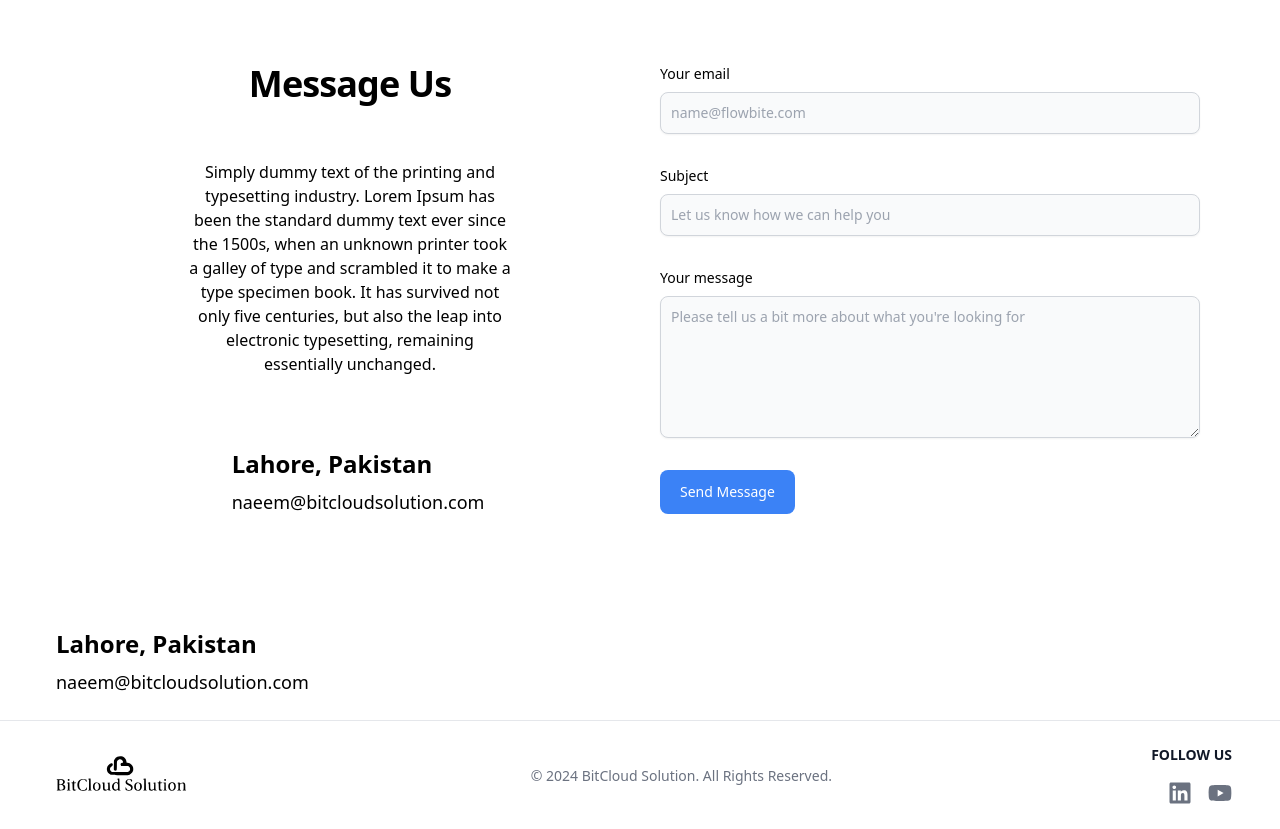
Repository: huzaifaBitCloud/BitCloud-website
Page: /contact
An editor plug-in stored every save of this project. The page is shown before and after the next save, followed by the edit.
The browser window is 1280 px wide. The pictures show the part of the page from y = 720 to 1549 px (the page is 1549 px tall before and 1433 px after).
The project was rebuilt for these pictures with package versions that can differ from the ones it lists, and the page was loaded fresh each time. The framework's server and built-in components were replaced by stand-ins that run in the browser. Also part of the build but not shown: next.config.mjs.

Above is the page before, as saved 2025-01-27 13:49:43.

### src/app/layout.tsx
import type { Metadata } from "next";
import localFont from "next/font/local";
import "./globals.css";

const geistSans = localFont({
  src: "./fonts/GeistVF.woff",
  variable: "--font-geist-sans",
  weight: "100 900",
});
const geistMono = localFont({
  src: "./fonts/GeistMonoVF.woff",
  variable: "--font-geist-mono",
  weight: "100 900",
});

export const metadata: Metadata = {
  title: "BitCloud Solution",
  description: "Generated by create next app",
};

export default function RootLayout({
  children,
}: Readonly<{
  children: React.ReactNode;
}>) {
  return (
    <html lang="en">
      <body
        className={`${geistSans.variable} ${geistMono.variable} antialiased`}
      >
        {children}
      </body>
    </html>
  );
}

### src/app/contact/page.tsx
import Layout from "@/components/Layout";
import Contact from "@/components/Contact";

const ContactPage = () => {
  return (
    <Layout>
      <Contact />
    </Layout>
  );
};

export default ContactPage;

### src/app/globals.css
@tailwind base;
@tailwind components;
@tailwind utilities;

.custom-cards-ourClient {
  box-shadow: 0px -10px 10px 2px rgba(221, 223, 226, 1);
  border-radius: 15px;
  background: linear-gradient(180deg, #e9f2e4 0%, #f5f7fa 90%);
}
.custom-card-2-achievements {
  box-shadow: 0px -10px 10px 2px rgba(221, 223, 226, 1);
  border-radius: 15px;
  background: linear-gradient(180deg, #f4d9d0 0%, #f5f7fa 90%);
}
.custom-card-3-achievements {
  box-shadow: 0px -10px 10px 2px rgba(221, 223, 226, 1);
  border-radius: 15px;
  background: linear-gradient(180deg, #e7ebf0, #f5f7fa 90%);
}

:root {
  /* --color-primary: #e9f2e4;
    --color-secondary: #f5f7fa;
*/
  --h-100vh: 100vh;
}
html {
  scroll-behavior: smooth;
}

/* ABout CSS */

.btn-about {
  display: inline-block;
  margin: 0 0.625rem;
  padding: 0.3125rem 1.25rem;
  border-radius: 1.25rem;
  background: transparent;
  border: solid 0.0625rem #fff;
  position: relative;
  z-index: 9;
}
.main-hero-about {
  clip-path: polygon(
    50% 0%,
    100% 0,
    100% 35%,
    100% 86%,
    49% 100%,
    0 85%,
    0% 35%,
    0 0
  );
}

/* Services */

.zoomIn {
  -webkit-animation-name: zoomIn;
  animation-name: zoomIn;
  -webkit-animation-duration: 1s;
  animation-duration: 1s;
  -webkit-animation-fill-mode: both;
  animation-fill-mode: both;
}
@-webkit-keyframes zoomIn {
  0% {
    opacity: 0;
    -webkit-transform: scale3d(0.3, 0.3, 0.3);
    transform: scale3d(0.3, 0.3, 0.3);
  }
  50% {
    opacity: 1;
  }
}
@keyframes zoomIn {
  0% {
    opacity: 0;
    -webkit-transform: scale3d(0.3, 0.3, 0.3);
    transform: scale3d(0.3, 0.3, 0.3);
  }
  50% {
    opacity: 1;
  }
}

.card-services {
  border-top: 10px solid transparent;
  transition: border-top-color 0.4s, box-shadow 0.4s;
}

.card-services:hover {
  border-top-color: #2563eb;
  box-shadow: 0px 0px 5px rgba(0, 0, 0, 0.75);
}

@media only screen and (max-width: 760px) {
  .main-hero-about {
    clip-path: polygon(
      50% 0%,
      100% 0,
      100% 35%,
      100% 92%,
      49% 100%,
      0 92%,
      0% 35%,
      0 0
    );
  }
  .main-hero-about {
    height: var(--h-100vh) !important;
  }
  .sub-hero-about {
    text-align: center !important;
    margin: 0 auto !important;
  }
  .mob-btn-about {
    justify-content: center;
  }
  .mob-nav-style {
    position: absolute;
    top: 76%;
    left: 0;
  }
}
.heading {
  font-family: "Poppins", sans-serif;
  font-style: normal;
  font-weight: 600;
  color: rgb(245, 95, 141);
  font-size: 27px;
  line-height: 26px;
  text-align: center;
  padding-top: 2%;
}
.context {
  font-family: "Poppins", sans-serif;
  font-style: normal;
  font-weight: normal;
  color: rgb(38, 38, 38);
  font-size: 20px;
  line-height: 72px;
  text-align: center;
}

.card-container {
  display: flex;
  justify-content: center;
  gap: 20px;
  flex-wrap: wrap;
  width: 100%;
  padding-left: 20px;
  padding-right: 20px;
  margin-top: 3%;
}

.card {
  background-color: #ffffff;
  height: 26rem;
  width: 364px;
  box-shadow: rgba(0, 0, 0, 0.24) 0px 3px 8px;
  padding: 20px;
  border-radius: 10px;
  cursor: pointer;
  transition: transform 0.5s, box-shadow 0.5s;
  flex-grow: 0;
  flex-shrink: 0;
  text-align: center;
}

.card:hover {
  transform: translateY(-10px);
  box-shadow: rgba(0, 0, 0, 0.24) 0px 3px 8px;
}

.card-image-section {
  height: 60%;
  margin-top: 21px;
  margin-bottom: -20px;
}

.card-image {
  width: 100%;
  height: 75%;
  object-fit: contain;
}

.card-text-section {
  height: 20%;
  margin-bottom: 32px;
  text-align: center;
}

.card-title {
  font-family: "Poppins", sans-serif;
  font-size: 20px;
  font-weight: 600;
  color: #262626;
  margin-bottom: 10px;
}

.card-description {
  font-family: "Poppins", sans-serif;
  font-size: 14px;
  color: #555;
  line-height: 1.5;
}

.card-button-section {
  height: 20%;
}

.learn-more-button {
  font-family: "Poppins", sans-serif;

  color: rgb(245, 95, 141);
  border: none;
  padding: 10px 20px;
  border-radius: 5px;
  font-size: 14px;
  font-weight: 600;
  cursor: pointer;
  transition: background-color 0.3s;
}

### src/components/Layout.tsx
import React from "react";
import { ReactNode } from "react";

import { Navbar } from "./Navbar";
import Footer from "./Footer";

interface LayoutProps {
  children: ReactNode;
}

const Layout = ({children}: LayoutProps) => {
  return (
    <div>
      <Navbar />
      <div className="">{children}</div>
      <Footer />
    </div>
  );
};

export default Layout;

### src/components/Contact.tsx
"use client";
import React, { useState } from "react";
import { MdEmail } from "react-icons/md";
import { IoLogoWhatsapp } from "react-icons/io";
import { FaLinkedin } from "react-icons/fa6";
import emailjs from "emailjs-com";
const Contact = () => {
  const [email, setEmail] = useState("");
  const [subject, setSubject] = useState("");
  const [message, setMessage] = useState("");
  const [loading, setLoading] = useState(false);

  const handleSubmit = async (e: React.FormEvent) => {
    e.preventDefault();
    setLoading(true);

    const templateParams = {
      from_name: email,
      to_name: "Naeem Amjad",
      subject,
      message,
    };

    try {
      await emailjs.send(
        "service_h8co5gg",
        "template_hwt3j6o",
        templateParams,
        "3-7czTUd-XSt6ifVk"
      );

      setEmail("");
      setSubject("");
      setMessage("");
    } catch (error) {
      console.error("Failed to send email:", error);
    } finally {
      setLoading(false);
    }
  };
  const cards = [
    {
      id: 1,
      title: "Whatsapp",
      description:
        "Ready to team up? Excited to explore opportunities together.",
      icon: <IoLogoWhatsapp className="w-14 h-14 text-white" />,
      // bgGradient: "",
      link: "https://wa.me/03217025010",
      // className: "custom-cards-ourClient",
    },
    {
      id: 2,
      title: "Email",
      description: "Have a project in mind? Reach out to us and let's discuss.",
      icon: <MdEmail className="w-14 h-14 text-white" />,
      // bgGradient: "from-red-50 to-red-100",
      link: "mailto:rehancricket33@gmail.com",
      // className: "custom-card-2-achievements",
    },
    {
      id: 3,
      title: "Linkedin",
      description: "Let's connect and explore exciting opportunities together.",
      icon: <FaLinkedin className="w-14 h-14 text-white" />,
      // bgGradient: "from-gray-50 to-gray-100",
      link: "https://www.linkedin.com/company/bitcloud-solution-software/",
      className: "custom-card-3-achievements",
    },
  ];

  return (
    <div className="">
      <div
        className="relative bg-cover bg-center bg-no-repeat"
        style={{
          backgroundImage: `url(https://static.zohocdn.com/sites/stock-images/images/zpstock-image-37.jpg)`,
        }}
      >
        {/* Overlay */}
        <div className="absolute inset-0 bg-black bg-opacity-70"></div>

        {/* Content */}
        <div className="relative z-10 flex justify-center max-w-screen-xl px-4 mx-auto lg:gap-8 xl:gap-0 lg:py-28 lg:grid-cols-12">
          <div className="w-[70%] mx-auto place-self-center flex flex-col items-center justify-center text-center px-auto">
            <h1 className="mb-4 text-4xl font-extrabold tracking-tight leading-none md:text-5xl xl:text-6xl text-white">
              Get In Touch
            </h1>
          </div>
        </div>

        <div className="grid grid-cols-1 md:grid-cols-3 gap-8 px-10 pb-20">
          {cards.map((card) => (
            <a
              key={card.id}
              href={card.link}
              target="_blank"
              rel="noopener noreferrer"
              className={`group`}
            >
              <div
                className={`bg-gradient-to-r  p-10 rounded-2xl  text-center transform transition duration-500 group-hover:scale-105 `}
                style={{
                  width: "100%",
                  maxWidth: "400px",
                  margin: "0 auto",
                }}
              >
                <div className="flex justify-center items-center mb-6">
                  {card.icon}
                </div>
                <h3 className="text-2xl font-bold text-white">{card.title}</h3>
                <p className="text-white mt-4 text-base leading-relaxed">
                  {card.description}
                </p>
              </div>
            </a>
          ))}
        </div>
      </div>
      {/* contact us */}
      <section className="bg-white">
        <div className="py-8 lg:py-16 px-4 mx-auto w-[90%] grid md:grid-cols-2 gap-10">
          <div className="flex flex-col items-center">
            <h2 className="mb-4 text-4xl tracking-tight font-extrabold text-center text-black">
              Message Us
            </h2>
            <p className="mb-8 lg:mb-12 font-light text-center text-black w-[60%] mt-10">
              Simply dummy text of the printing and typesetting industry. Lorem
              Ipsum has been the standard dummy text ever since the 1500s, when
              an unknown printer took a galley of type and scrambled it to make
              a type specimen book. It has survived not only five centuries, but
              also the leap into electronic typesetting, remaining essentially
              unchanged.
            </p>
            <div className="py-6 px-4 sm:px-6 md:px-10 lg:pl-14 text-left">
          <h1 className="font-bold text-lg sm:text-xl md:text-2xl mb-2">
            Lahore, Pakistan
          </h1>
          <p className="text-sm sm:text-base md:text-lg">
            naeem@bitcloudsolution.com
          </p>
        </div>
          </div>

          <form onSubmit={handleSubmit} className="space-y-8">
            <div>
              <label
                htmlFor="email"
                className="block mb-2 text-sm font-medium text-black"
              >
                Your email
              </label>
              <input
                type="email"
                id="email"
                className="shadow-sm bg-gray-50 border border-gray-300 text-gray-900 text-sm rounded-lg focus:ring-primary-500 focus:border-primary-500 block w-full p-2.5"
                placeholder="name@flowbite.com"
                required
                value={email}
                onChange={(e) => setEmail(e.target.value)}
              />
            </div>
            <div>
              <label
                htmlFor="subject"
                className="block mb-2 text-sm font-medium text-black"
              >
                Subject
              </label>
              <input
                type="text"
                id="subject"
                className="shadow-sm bg-gray-50 border border-gray-300 text-gray-900 text-sm rounded-lg focus:ring-primary-500 focus:border-primary-500 block w-full p-2.5"
                placeholder="Let us know how we can help you"
                required
                value={subject}
                onChange={(e) => setSubject(e.target.value)}
              />
            </div>
            <div className="sm:col-span-2">
              <label
                htmlFor="message"
                className="block mb-2 text-sm font-medium text-black"
              >
                Your message
              </label>
              <textarea
                id="message"
                rows={6}
                className="shadow-sm bg-gray-50 border border-gray-300 text-gray-900 text-sm rounded-lg focus:ring-primary-500 focus:border-primary-500 block w-full p-2.5"
                placeholder="Please tell us a bit more about what you're looking for"
                value={message}
                onChange={(e) => setMessage(e.target.value)}
              ></textarea>
            </div>

            <button
              type="submit"
              className="py-3 px-5 text-sm font-medium text-white bg-blue-500 rounded-lg hover:bg-blue-600 focus:ring-4 focus:outline-none focus:ring-blue-300"
              disabled={loading}
            >
              {loading ? "Sending..." : "Send Message"}
            </button>
          </form>
        </div>

        <div className="py-6 px-4 sm:px-6 md:px-10 lg:pl-14 text-left">
          <h1 className="font-bold text-lg sm:text-xl md:text-2xl mb-2">
            Lahore, Pakistan
          </h1>
          <p className="text-sm sm:text-base md:text-lg">
            naeem@bitcloudsolution.com
          </p>
        </div>

        {/* <div className="py-6 justify-start pl-14">
          <h1 className="font-bold text-xl flex ">
            Lahore, Pakistan
          </h1>
          <p className="flex ">naeem@bitcloudsolution.com</p>
        </div> */}
      </section>
    </div>
  );
};

export default Contact;

### src/components/Footer.tsx
import Link from "next/link";
import { FaLinkedin, FaYoutube } from "react-icons/fa";

const Footer = () => {
  const currentYear = new Date().getFullYear(); // Get the current year dynamically

  return (
    <footer className="bg-white dark:bg-gray-900 border-t w-full">
      <div className="container mx-auto px-6 py-6">
        <div className="flex flex-col items-center md:flex-row md:justify-between">
          {/* Logo Section */}
          <div className="flex items-center mb-4 md:mb-0 md:ml-6">
            <Link href='/'>
            <img
              src="/images/logo.svg"
              alt="BitCloud Logo"
              className="h-14 mr-3"
            />
            </Link>
          </div>

          {/* Rights Section */}
          <div className="text-center mb-4 md:mb-0">
            <span className="text-sm text-gray-500 dark:text-gray-400">
              © {currentYear}{" "}
              <Link
                href="https://bitcloudsolution.com/"
                className="hover:underline"
              >
                BitCloud Solution
              </Link>
              . All Rights Reserved.
            </span>
          </div>

          {/* Follow Us Section */}
          <div className="flex flex-col items-center md:items-end md:mr-6">
            <h2 className="mb-4 text-sm font-semibold text-gray-900 uppercase dark:text-white">
              Follow Us
            </h2>
            <div className="flex space-x-4">
              <Link
                href="https://www.linkedin.com/company/bitcloud-solution-software/"
                aria-label="LinkedIn"
                className="text-gray-500 hover:text-blue-600 dark:hover:text-blue-400"
                target="_blank"
                rel="noopener noreferrer"
              >
                <FaLinkedin className="w-6 h-6" />
              </Link>
              <Link
                href="http://www.youtube.com/@BitCloudSolution"
                aria-label="YouTube"
                className="text-gray-500 hover:text-red-600 dark:hover:text-red-400"
                target="_blank"
                rel="noopener noreferrer"
              >
                <FaYoutube className="w-6 h-6" />
              </Link>
            </div>
          </div>
        </div>
      </div>
    </footer>
  );
};

export default Footer;

Loaded but not shown: tailwind.config.ts (common file); src/components/Navbar.tsx (332 lines, source omitted)

After the next save:
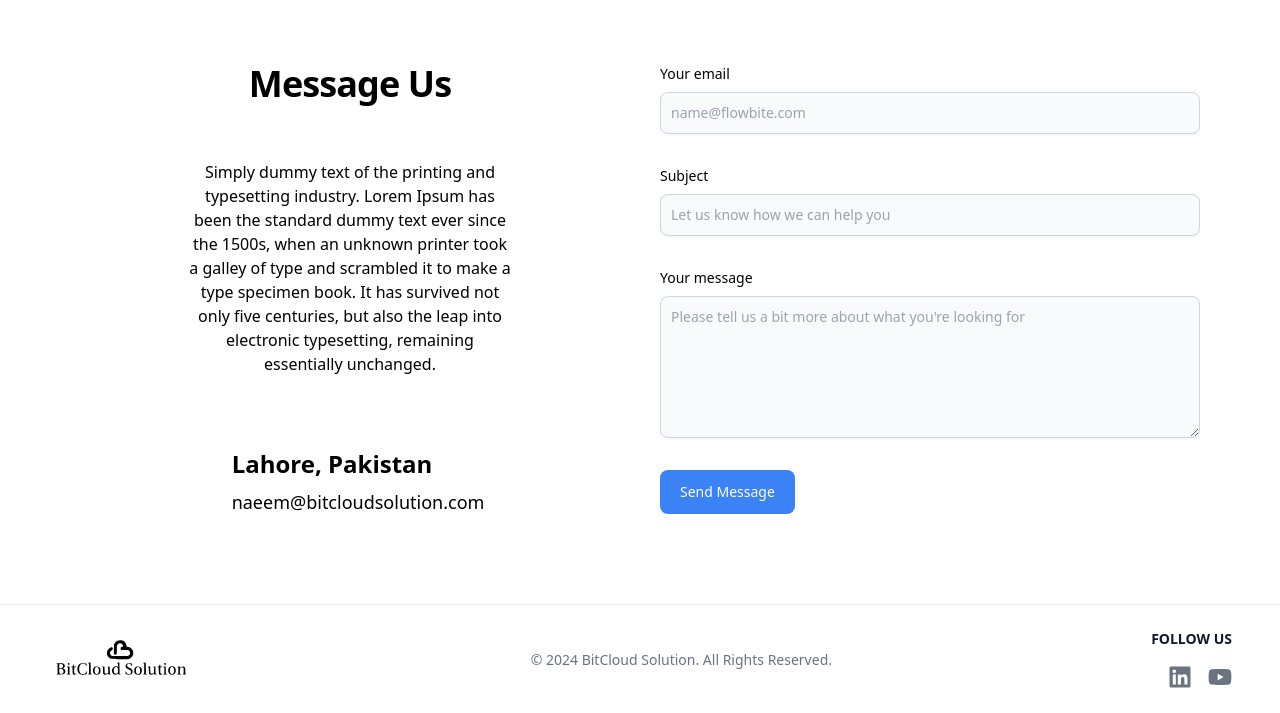
Saved 26 s later.
--- a/src/components/Contact.tsx
+++ b/src/components/Contact.tsx
@@ -205,14 +205,14 @@
           </form>
         </div>
 
-        <div className="py-6 px-4 sm:px-6 md:px-10 lg:pl-14 text-left">
+        {/* <div className="py-6 px-4 sm:px-6 md:px-10 lg:pl-14 text-left">
           <h1 className="font-bold text-lg sm:text-xl md:text-2xl mb-2">
             Lahore, Pakistan
           </h1>
           <p className="text-sm sm:text-base md:text-lg">
             naeem@bitcloudsolution.com
           </p>
-        </div>
+        </div> */}
 
         {/* <div className="py-6 justify-start pl-14">
           <h1 className="font-bold text-xl flex ">
